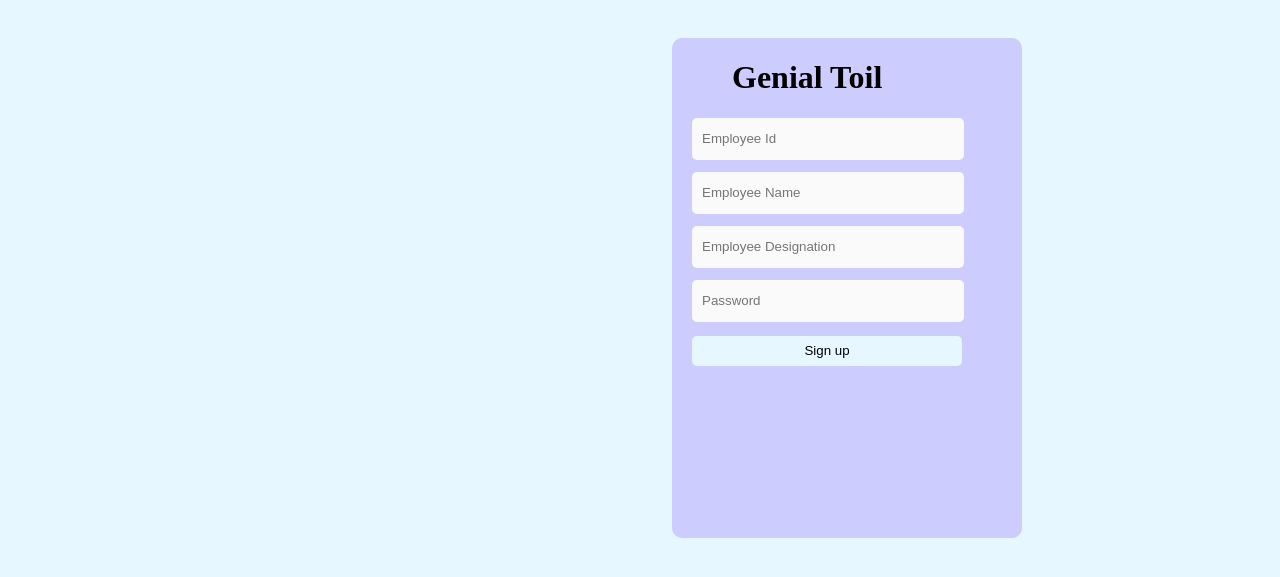
Repository: robin9533/Basic-Programs-App.
Page: GW-Genial Work Proj/GT_GenialToil/WebContent/EmployeeSignup.html
The author's editor kept a copy of each file at every save. The page is drawn from the files as they stood at one save, then again after the next save.
The browser window is 1280 px wide. The pictures show the whole page.

Above is the page before, as saved 2019-05-10 10:05:50.

After the next save:
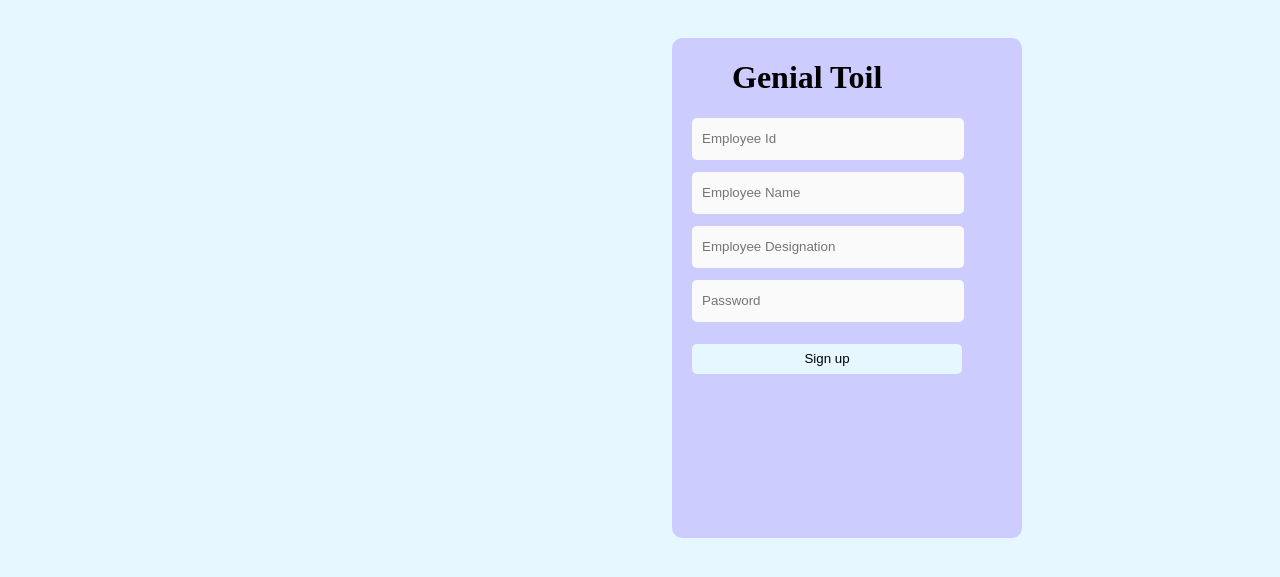
Saved 27 s later.
--- a/GW-Genial Work Proj/GT_GenialToil/WebContent/EmployeeSignup.css
+++ b/GW-Genial Work Proj/GT_GenialToil/WebContent/EmployeeSignup.css
@@ -29,7 +29,7 @@
 	width:270px;
 	height:30px;
 	margin-left:20px;
-	margin-top:2px;
+	margin-top:10px;
 	text-align: center;
 	cursor: pointer;
 	background:#e6f7ff;

After the save that followed:
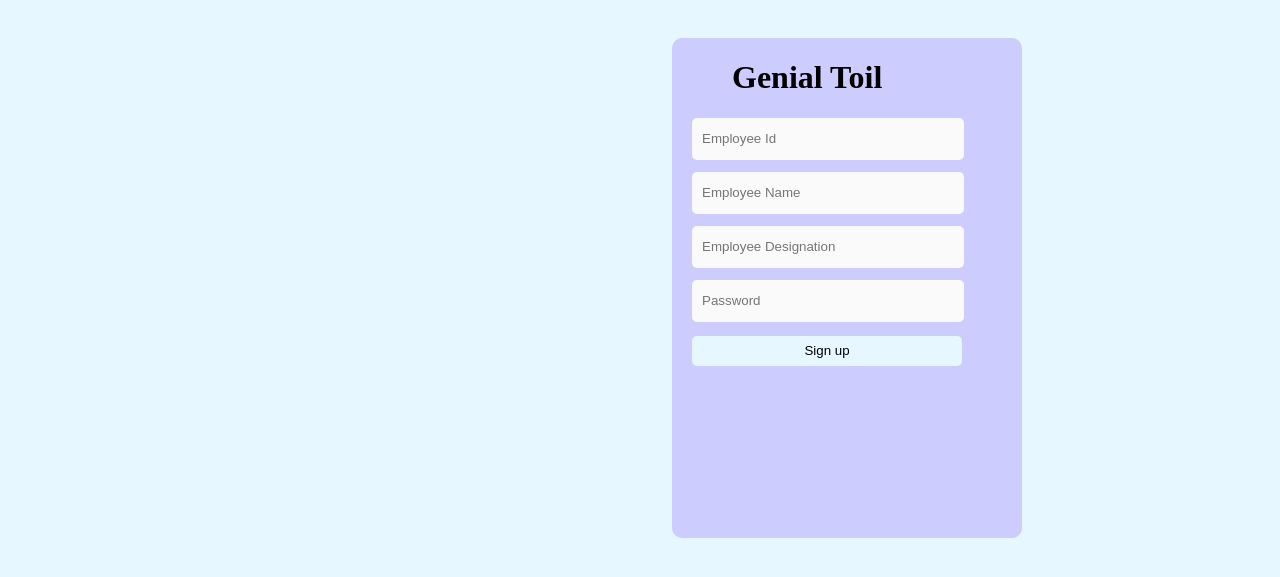
Saved 46 s later.
--- a/GW-Genial Work Proj/GT_GenialToil/WebContent/EmployeeSignup.css
+++ b/GW-Genial Work Proj/GT_GenialToil/WebContent/EmployeeSignup.css
@@ -29,7 +29,7 @@
 	width:270px;
 	height:30px;
 	margin-left:20px;
-	margin-top:10px;
+	margin-top:2px;
 	text-align: center;
 	cursor: pointer;
 	background:#e6f7ff;
